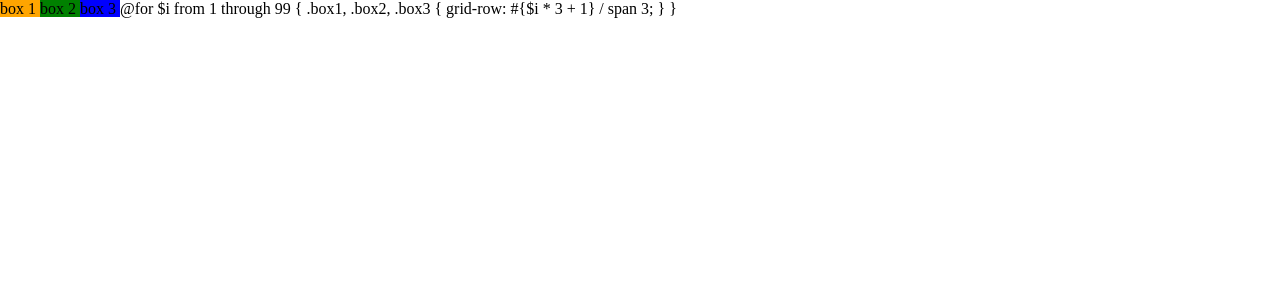
Repository: tianjiewang2022/tianjiewang2022.github.io
Page: index.html
These files come from the project's save history. The page is drawn as it stood at one moment and after the next save; the edit follows.
The browser window is 1280 px wide. The pictures show the whole page.

Above is the page before, as saved 2023-10-01 21:47:04.

After the next save:
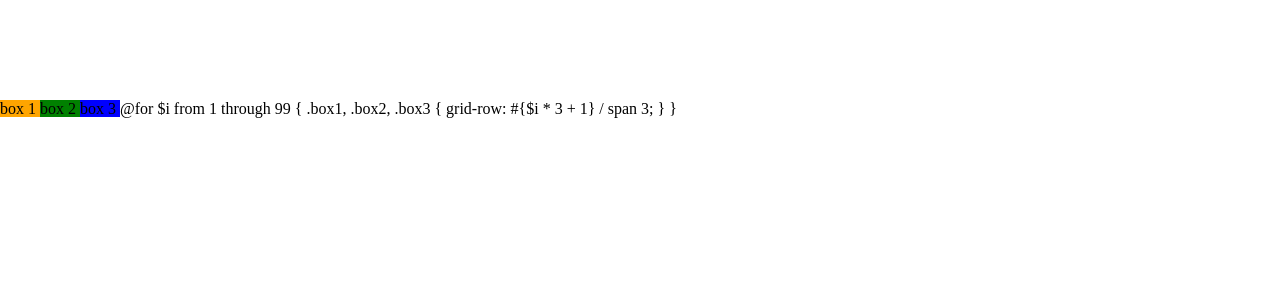
Saved 12 s later.
--- a/index.html
+++ b/index.html
@@ -24,6 +24,12 @@
                 align-items: center;
                 justify-content: center;
                 z-index: 100;
+            }
+
+            .container {
+                margin-top: 60px;
+                /* Ensure content starts below the header */
+                padding: 20px;
             }
 
 
